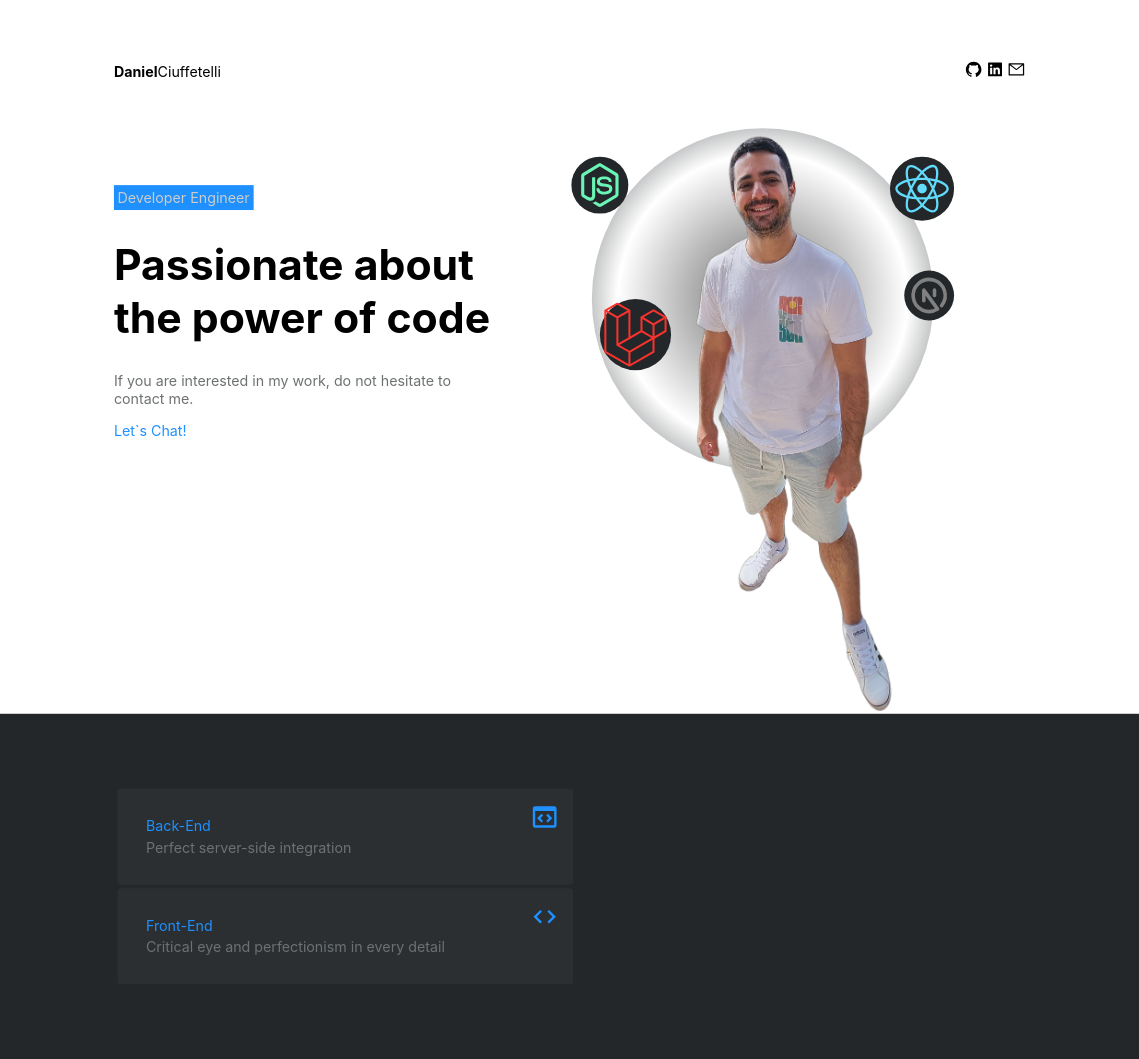
Repository: ciuffetelli/portfolio
Page: /
These files come from the project's save history. The page is drawn as it stood at one moment and after the next save; the edit follows.
The browser window is 1280 px wide. The pictures show the whole page, at 89% of full size.
The project was rebuilt for these pictures with package versions that can differ from the ones it lists, and the page was loaded fresh each time. The framework's server and built-in components were replaced by stand-ins that run in the browser. Also part of the build but not shown: next.config.js, Components/Accordion/AccordionItem.tsx.

Above is the page before, as saved 2022-12-06 07:26:00.

### pages/_document.tsx
import { Html, Head, Main, NextScript } from 'next/document'

export default function Document() {
    return (
        <Html lang="en">
            <Head>
                <title>Daniel Ciuffetelli - Front-end Engineer</title>
                <meta name="description" content="Daniel Ciuffetelli's personal portfolio, front-end engineer. Page developed in Next.js" />
                <link rel="icon" href="/img/logo.svg" />
            </Head>
                <body className='bg-white text-slate-900 dark:bg-slate-900 dark:text-white ease-in-out duration-300'>
                    <Main />
                    <NextScript />
                </body>
        </Html>
    )
}

### pages/index.tsx
import Head from 'next/head'
import styled from 'styled-components'

import { BiCodeBlock, BiCode } from 'react-icons/bi'

import { Nav } from '../Components/Nav'
import { Hero } from '../Components/Hero'
import { Accordion } from '../Components/Accordion'
import { AccordionItem } from '../Components/Accordion/AccordionItem'

export default function Home() {
  return (
    <Container>

        <Head>
          <title>Daniel Ciuffetelli - Developer Engineer</title>
          <meta name="description" content="Generated by create next app" />
          <link rel="icon" href="/favicon.ico" />
        </Head>

        <Main>
          <Nav />

          <Hero />

          <Section>
            <SectionContent>
              <Accordion data={[
                {
                  title: 'Back-End',
                  icon: BiCodeBlock,
                  description: 'Perfect server-side integration',
                  content: {
                    option: 'Back-End',
                    title: 'Behind the scenes',
                    text: 'From PHP to NodeJs I can develop the best integration according to each need. Applying patterns such as MVC and SOLID principles with a focus on efficiency and security. I will deliver a satisfactory product.'
                  }
                },
                {
                  title: 'Front-End',
                  icon: BiCode,
                  description: 'Critical eye and perfectionism in every detail',
                  content: {
                    option: 'Front-End',
                    title: 'UX/UI',
                    text: 'The development focused on the user experience has been consolidated with the result in sales conversion and brand consolidation.'
                  }
                }
              ]}>
                <AccordionItem option='Introduce' title='About me' highlight='Full-sata developer' text='Naturally Curious, enthusiastic, versatile professional building a better world through the code. The daily challenge is the fuel to do the next step. I’m constantly studying and improving My skills.' />
              </Accordion>
            </SectionContent>
          </Section>
        </Main>

    </Container>
    // <div className={styles.container}>


    //   <main className={styles.main}>
    //     <Nav />

    //     <Hero />
    //     {/* <h1 className={styles.title}>
    //       Welcome to <a href="https://nextjs.org">Next.js!</a>
    //     </h1>

    //     <p className={styles.description}>
    //       Get started by editing{' '}
    //       <code className={styles.code}>pages/index.tsx</code>
    //     </p>

    //     <div className={styles.grid}>
    //       <a href="https://nextjs.org/docs" className={styles.card}>
    //         <h2>Documentation &rarr;</h2>
    //         <p>Find in-depth information about Next.js features and API.</p>
    //       </a>

    //       <a href="https://nextjs.org/learn" className={styles.card}>
    //         <h2>Learn &rarr;</h2>
    //         <p>Learn about Next.js in an interactive course with quizzes!</p>
    //       </a>

    //       <a
    //         href="https://github.com/vercel/next.js/tree/canary/examples"
    //         className={styles.card}
    //       >
    //         <h2>Examples &rarr;</h2>
    //         <p>Discover and deploy boilerplate example Next.js projects.</p>
    //       </a>

    //       <a
    //         href="https://vercel.com/new?utm_source=create-next-app&utm_medium=default-template&utm_campaign=create-next-app"
    //         target="_blank"
    //         rel="noopener noreferrer"
    //         className={styles.card}
    //       >
    //         <h2>Deploy &rarr;</h2>
    //         <p>
    //           Instantly deploy your Next.js site to a public URL with Vercel.
    //         </p>
    //       </a>
    //     </div> */}
    //   </main>

    //   <footer className={styles.footer}>
    //     <a
    //       href="https://vercel.com?utm_source=create-next-app&utm_medium=default-template&utm_campaign=create-next-app"
    //       target="_blank"
    //       rel="noopener noreferrer"
    //     >
    //       Powered by{' '}
    //       <span className={styles.logo}>
    //         <Image src="/vercel.svg" alt="Vercel Logo" width={72} height={16} />
    //       </span>
    //     </a>
    //   </footer>
    //   <a href='https://elements.envato.com/ds-developer-portfolio-psd-template-9FZDH4D'>Reference</a>
    // </div>
  )
}

const Container = styled.div`
  padding: 0 2rem;
`

const Main = styled.main`
  max-width: 1024px;
  min-height: 100vh;
  margin: 0 auto;
  padding: 4rem 0 0 0;
  flex: 1;
  display: flex;
  flex-direction: column;
  justify-content: center;
  align-items: center;
`

const Section = styled.section`
  width: 100vw;
  padding: 5rem 0;
  background: #23272a;
`

const SectionContent = styled.div`
  margin: auto;
  max-width: 1024px;
`

const SectionItem = styled.div`
  flex: 1;
  justify-content: center;
  align-items: center;
`

### styles/globals.css
:root {
  --primary: #1e90ff;
  --text-secondary: #6d7172;
}

html,
body {
  padding: 0;
  margin: 0;
  font-family: -apple-system, BlinkMacSystemFont, Segoe UI, Roboto, Oxygen,
    Ubuntu, Cantarell, Fira Sans, Droid Sans, Helvetica Neue, sans-serif;
  overflow-x: hidden;
}

a {
  color: inherit;
  text-decoration: none;
}

* {
  box-sizing: border-box;
}

@media (prefers-color-scheme: dark) {
  html {
    color-scheme: dark;
  }
  body {
    color: white;
    background: #2b2f32;
  }
}

### Components/Nav.tsx
import styled from 'styled-components'

import { AiFillGithub, AiFillLinkedin, AiOutlineMail } from 'react-icons/ai'

export function Nav() {

    return (
        <Container>
            <Name><strong>Daniel</strong> Ciuffetelli</Name>
            <Items></Items>
            <Icons>
                <Social>
                    <a href="https://github.com/ciuffetelli" target="_new"><AiFillGithub /></a>
                    <a href="https://www.linkedin.com/in/ciuffetelli" target="_new"><AiFillLinkedin /></a>
                </Social>
                <a href="mailto:daniel@ciuffetelli.co.uk"><AiOutlineMail /></a>
            </Icons>
        </Container>
    )
}

const Container = styled.div`
    display: inline-flex;
    width: 100%;
    height: 2rem;
    justify-content: space-around;
    align-items: center;
`

const Name = styled.div`
    display: none;

    @media (min-width: 500px) {
        display: flex;
    }
`

const Items = styled.div`
    display: inline-flex;
    flex: 1;
    gap: 0.5rem;
    justify-content: center;
`

const MenuItem = styled.div``

const Icons = styled.div`
    display: inline-flex;
    font-size: 1.25rem;
    gap: 0.25rem;
`
const Social = styled.div`
    /* display: none; */
    gap: 0.25rem;

    @media (min-width: 500px) {
        display: inline-flex;
    }
`

### Components/Hero.tsx
import styled from 'styled-components'

import { IoLogoNodejs } from 'react-icons/io'
import { IoLogoReact } from 'react-icons/io5'
import { TbBrandNextjs } from 'react-icons/tb'
import { FaLaravel } from 'react-icons/fa'

export function Hero() {
    return (
        <Container>
            <LeftSide>
                <Title>Developer Engineer</Title>
                <H1>Passionate about the power of code</H1>
                <Text>If you are interested in my work, do not hesitate to contact me.</Text>
                <Link href="mailto:daniel@ciuffetelli.co.uk">Let`s Chat!</Link>
            </LeftSide>
            <RightSide>
                <Image src="/img/profile.png" />
                <Tech top={2} left={5} width={4} height={4}><NodeJs /></Tech>
                <Tech top={2} right={5} width={4.5} height={4.5}><React /></Tech>
                <Tech top={10} right={5} width={3.5} height={3.5}><Next /></Tech>
                <Tech top={12} left={7} width={5} height={5}><Laravel /></Tech>
            </RightSide>
        </Container>
    )
}

const Container = styled.div`
    display: inline-flex;
    margin: 3rem auto auto;
`

const LeftSide = styled.div`
    padding: 2rem 0;

    @media (min-width: 500px) {
        max-width: 50%;
        padding-top: 4rem;
    }
`

const Title = styled.div`
    width: max-content;
    padding: 0.25rem;
    color: #ccc;
    background-color: var(--primary);
`

const H1 = styled.h1`
    font-size: 3rem;
`

const Text = styled.p`
    color: var(--text-secondary);
`

const Link = styled.a`
    color: var(--primary);
`

const RightSide = styled.div`
    display: none;
    position: relative;
    justify-content: center;

    &::after {
        content: "";
        position: absolute;
        width: 30vw;
        height: 30vw;
        z-index: -1;
        margin: auto;
        border-radius: 50%;
        background-image: radial-gradient(circle, #666565, transparent 60%, #2b2f32);
    }

    @media (min-width: 500px) {
        display: flex;
    }
`

const Image = styled.img`
    width: 50%;
    margin: auto;
`

const Tech = styled.div<{ top?: Number, right?: Number, bottom?: Number, left?: Number, width?: Number, height?: Number }>`
    position: absolute;
    ${({top}) => (top) ? `top: ${top}rem;` : ``}
    ${({right}) => (right) ? `right: ${right}rem;` : ``}
    ${({bottom}) => (bottom) ? `bottom: ${bottom}rem;` : ``}
    ${({left}) => (left) ? `left: ${left}rem;` : ``}
    ${({width}) => (width) ? `width: ${width}rem;` : ``}
    ${({height}) => (height) ? `height: ${height}rem;` : ``}
    padding: 0.25rem;
    justify-content: center;
    align-items: center;
    border-radius: 50%;
    background: #23272a;
`

const NodeJs = styled(IoLogoNodejs)`
    width: 100%;
    height: 100%;
    color: #6af5b6;
`
const React = styled(IoLogoReact)`
    width: 100%;
    height: 100%;
    color: #61dafb;
`
const Next = styled(TbBrandNextjs)`
    width: 100%;
    height: 100%;
    color: #808080;
`
const Laravel = styled(FaLaravel)`
    width: 100%;
    height: 100%;
    color: #f9322c;
`

### Components/Accordion.tsx
import styled from "styled-components";
import { IconType } from "react-icons"

type Item = {
    title: string
    icon: IconType
    description: string
    child: React.ReactElement
    tags?: string
}
type AccordionProps = {
    data: Item[]
    child?: React.ReactElement
}
export function Accordion({ data, child }: AccordionProps) {
    return (
        <Container>
                { data.map((item, key) => (
                    <AccordionItem key={key}>
                        <ItemHeader>
                            <Title>{item.title}<Icon>{<item.icon />}</Icon></Title>
                            <Description>{item.description}</Description>
                            <Tags>{item.tags}</Tags>
                        </ItemHeader>
                    </AccordionItem>
                )) }
            <Child>
                {child}
            </Child>
        </Container>
    )
}

const Container = styled.div`
`

const Child = styled.div``

const AccordionItem = styled.div`
    width: 100%;
    margin: .25rem;

    @media (min-width: 500px) {
        width: 50%;
    }
`

const ItemHeader = styled.div`
    padding: 2rem;
    background-color: #2b2f32;
    border-radius: .25rem;
    cursor: pointer;
`

const Title = styled.div`
    display: inline-flex;
    width: 100%;
    color: var(--primary);
`

const Icon = styled.div`
    margin: -1rem -1rem auto auto;
    font-size: 2rem;
    color: var(--primary);
`

const Description = styled.div`
    color: var(--text-secondary);
`

const Tags = styled.div``

Loaded but not shown: pages/_app.tsx (common file)

After the next save:
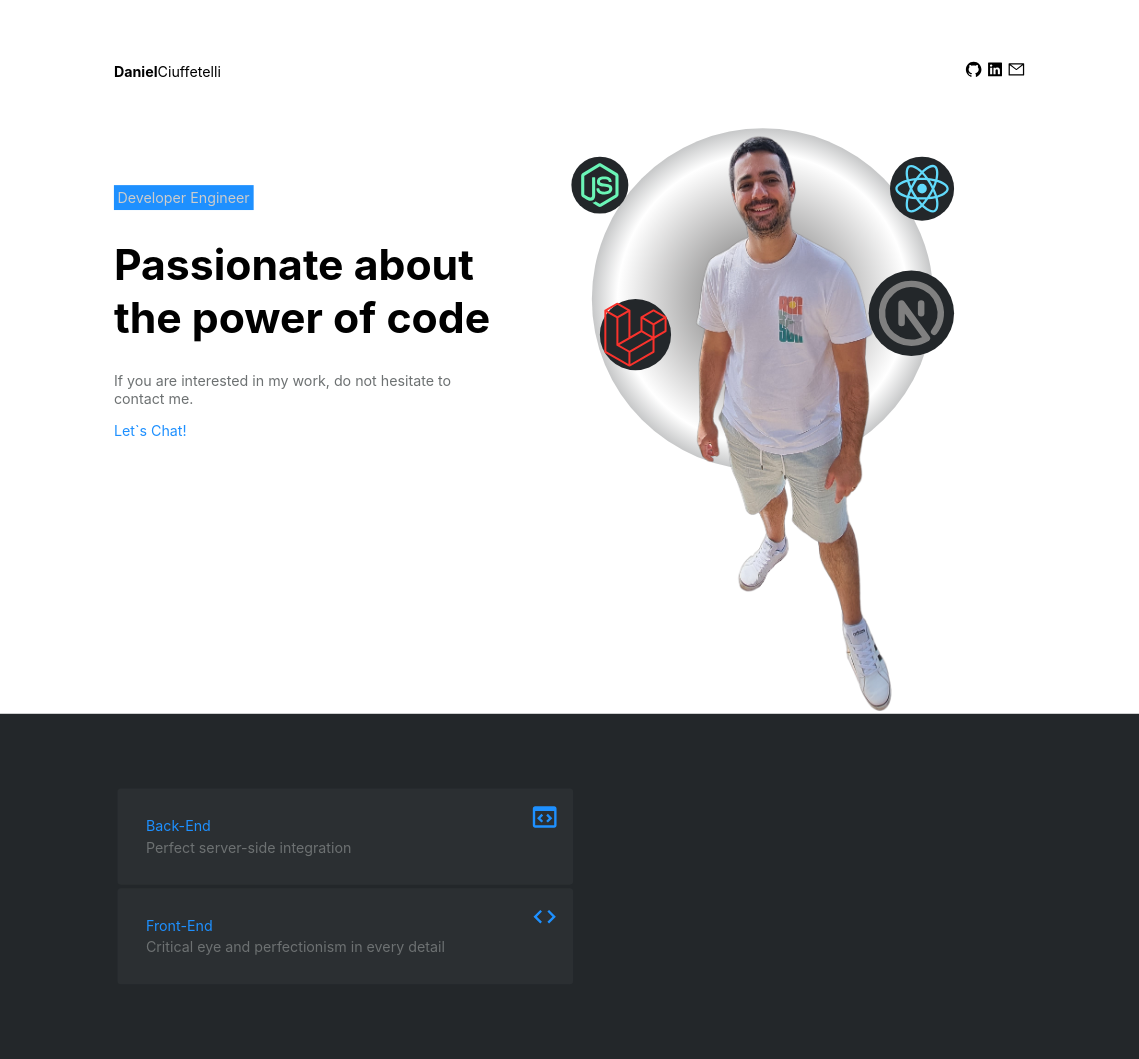
Saved 6 s later.
--- a/Components/Hero.tsx
+++ b/Components/Hero.tsx
@@ -18,7 +18,7 @@
                 <Image src="/img/profile.png" />
                 <Tech top={2} left={5} width={4} height={4}><NodeJs /></Tech>
                 <Tech top={2} right={5} width={4.5} height={4.5}><React /></Tech>
-                <Tech top={10} right={5} width={3.5} height={3.5}><Next /></Tech>
+                <Tech top={10} right={5} width={6} height={6}><Next /></Tech>
                 <Tech top={12} left={7} width={5} height={5}><Laravel /></Tech>
             </RightSide>
         </Container>
